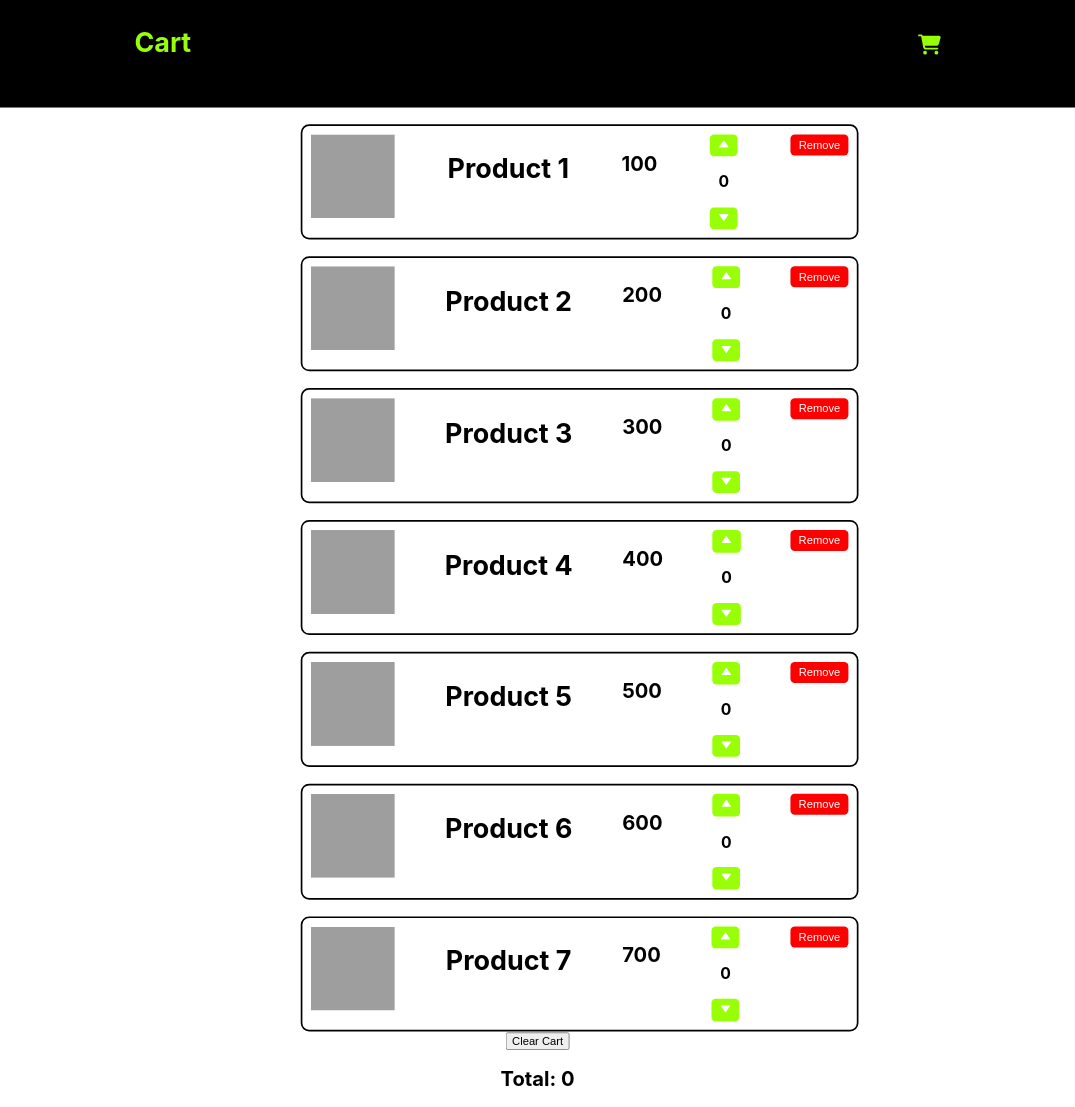
Repository: sriram1224/Cart-react-app
Page: /
These files come from the project's save history. The page is drawn as it stood at one moment and after the next save; the edit follows.
The browser window is 1280 px wide. The pictures show the whole page, at 84% of full size.
Pictures or frames that could not be fetched are drawn as grey boxes. The project was rebuilt for these pictures with package versions that can differ from the ones it lists, and the page was loaded fresh each time.

Above is the page before, as saved 2024-03-12 22:09:07.

### src/App.js
import Nav from "./Components/Nav.js"
import './App.css';
import Cart from './Components/cart.js';
function App() {
  return (
    <div className="App">

      <Cart />
    </div>
  );
}

export default App;

### src/Components/Nav.js
import { FontAwesomeIcon } from '@fortawesome/react-fontawesome';
import { faShoppingCart } from '@fortawesome/free-solid-svg-icons';
import './Navbar.css';

function Navbar({ cartItems }) {
      console.log(cartItems);
    return (

      <div className="nav-container">
      <div className="cart">
          <div className="heading">
              <h1>
              Cart
              </h1>
          </div>
      <h1>
        <div className="cart-icon-container">
          <FontAwesomeIcon icon={faShoppingCart} className="cart-icon" />
          {cartItems > 0 && (
            <span className="cart-count">{cartItems}</span>
          )}
        </div>

      </h1>
    </div>
      </div>
  );
}

export default Navbar;

### src/Components/cart.js
import React, { useState, useEffect } from "react";
import { BiSolidUpArrow, BiSolidDownArrow } from "react-icons/bi";
import Nav from './Nav'
import './cart.css'

function Cart() {
    const [products, setProducts] = useState([
        { id: "1", name: "Product 1", price: 100, quantity: 0, image: "https://images.unsplash.com/photo-1564466809058-bf4114d55352?w=500&auto=format&fit=crop&q=60&ixlib=rb-4.0.3&ixid=M3wxMjA3fDB8MHxzZWFyY2h8MjN8fHByb2R1Y3R8ZW58MHx8MHx8fDA%3D" },
        { id: "2", name: "Product 2", price: 200, quantity: 0, image: "https://images.unsplash.com/photo-1560343090-f0409e92791a?w=500&auto=format&fit=crop&q=60&ixlib=rb-4.0.3&ixid=M3wxMjA3fDB8MHxzZWFyY2h8N3x8cHJvZHVjdHxlbnwwfHwwfHx8MA%3D%3D" },
        { id: "3", name: "Product 3", price: 300, quantity: 0, image: "https://images.unsplash.com/photo-1560343090-f0409e92791a?w=500&auto=format&fit=crop&q=60&ixlib=rb-4.0.3&ixid=M3wxMjA3fDB8MHxzZWFyY2h8N3x8cHJvZHVjdHxlbnwwfHwwfHx8MA%3D%3D" },
        { id: "4", name: "Product 4", price: 400, quantity: 0, image: "https://images.unsplash.com/photo-1542291026-7eec264c27ff?w=500&auto=format&fit=crop&q=60&ixlib=rb-4.0.3&ixid=M3wxMjA3fDB8MHxzZWFyY2h8MTF8fHByb2R1Y3R8ZW58MHx8MHx8fDA%3D" },
        { id: "5", name: "Product 5", price: 500, quantity: 0, image: "https://images.unsplash.com/photo-1553456558-aff63285bdd1?w=500&auto=format&fit=crop&q=60&ixlib=rb-4.0.3&ixid=M3wxMjA3fDB8MHxzZWFyY2h8MTJ8fHByb2R1Y3R8ZW58MHx8MHx8fDA%3D" },
        { id: "6", name: "Product 6", price: 600, quantity: 0, image: "https://images.unsplash.com/photo-1553456558-aff63285bdd1?w=500&auto=format&fit=crop&q=60&ixlib=rb-4.0.3&ixid=M3wxMjA3fDB8MHxzZWFyY2h8MTJ8fHByb2R1Y3R8ZW58MHx8MHx8fDA%3D" },
        { id: "7", name: "Product 7", price: 700, quantity: 0, image: "https://images.unsplash.com/photo-1583394838336-acd977736f90?w=500&auto=format&fit=crop&q=60&ixlib=rb-4.0.3&ixid=M3wxMjA3fDB8MHxzZWFyY2h8MTl8fHByb2R1Y3R8ZW58MHx8MHx8fDA%3D" }
    ]);

    const [total, setTotal] = useState(0);
    const [cartItems, setCartItems] = useState(0);

    useEffect(() => {
        let newCartItems = 0;
        products.forEach(product => {
            newCartItems += product.quantity;
        });
        setCartItems(newCartItems);
    }, [products]);

    const increaseQuantity = (index) => {
        const updatedProducts = [...products];
        updatedProducts[index].quantity++;
        setProducts(updatedProducts);
        updateTotal();
    };

    const decreaseQuantity = (index) => {
        const updatedProducts = [...products];
        if (updatedProducts[index].quantity > 0) {
            updatedProducts[index].quantity--;
            setProducts(updatedProducts);
            updateTotal();
        }
    };

    const updateTotal = () => {
        let newTotal = 0;
        products.forEach((product) => {
            newTotal += product.quantity * product.price;
        });
        setTotal(newTotal);
    };

    const clearCart = () => {
        setProducts([]);
        setTotal(0);
        setCartItems(0);
    };

    const removeFromCart = (index) => {
        const updatedProducts = [...products];
        updatedProducts.splice(index, 1);
        setProducts(updatedProducts);
        updateTotal();
    };

    return (
        <div>
            <Nav cartItems={cartItems} />
            <div className="">
                {products.map((product, index) => {
                    return (
                        <div className="product-container" key={index}>
                            <img src={product.image} alt={product.name} />
                            <h1>{product.name}</h1>
                            <h2>{product.price}</h2>
                            <div className="button-quantity">
                                <button onClick={() => increaseQuantity(index)}>
                                    <BiSolidUpArrow />
                                </button>
                                <h3>{product.quantity}</h3>
                                <button onClick={() => decreaseQuantity(index)}>
                                    <BiSolidDownArrow />
                                </button>
                            </div>
                            <div className="rm-button">
                            <button onClick={() => removeFromCart(index)}>Remove</button>
                        </div></div>
                    );
                })}
                <button onClick={clearCart}>Clear Cart</button>
                <h2>Total: {total}</h2>
            </div>
        </div>
    );
}

export default Cart;

### src/Components/Navbar.css
.cart-icon-container {
    position: relative;
    display: inline-block;
}

.cart-icon {
    font-size: 1.5rem;
    color: rgb(152, 255, 7);

}

.cart-count {
    position: absolute;
    top: -10px;

    right: -10px;
    /* Adjust the horizontal positioning */
    background-color: red;
    color: white;
    border-radius: 50%;
    padding: 2px 6px;
    font-size: 0.8rem;
    /* Adjust the font size as needed */
}

.cart{
    display: flex;
    justify-content: space-between;
    margin: 0 10rem;
    align-items: center;
    padding-top: 10px;

}

.heading{
text-align: center;
color: rgb(152, 255, 7);
}

.nav-container{
    width: 100%;
    height: 8rem;
    background-color:rgb(0, 0, 0)
}

### src/Components/cart.css
.product-container{
    display: flex;
    gap: 20px;
    justify-content: space-between;
    width: 50%;
    position: relative;
    left: 28%;
    text-align: center;
    margin-top: 20px;
    border: 2px solid black;
    padding: 10px;
    border-radius: 10px;
}

.product-container img{
    width: 100px;
    height: 100px;
}
.rm-button button{
    background-color: red;
    color: white;
    border: none;
    padding: 5px 10px;
    border-radius: 5px;
    cursor: pointer;
}

.button-quantity button{
    background-color: rgb(152, 255, 7);
    color: white;
    border: none;
    padding: 5px 10px;
    border-radius: 5px;
    cursor: pointer;
}

Loaded but not shown: public/index.html (common file); src/index.js (common file); src/index.css (common file); src/reportWebVitals.js (common file); src/App.css (common file)

After the next save:
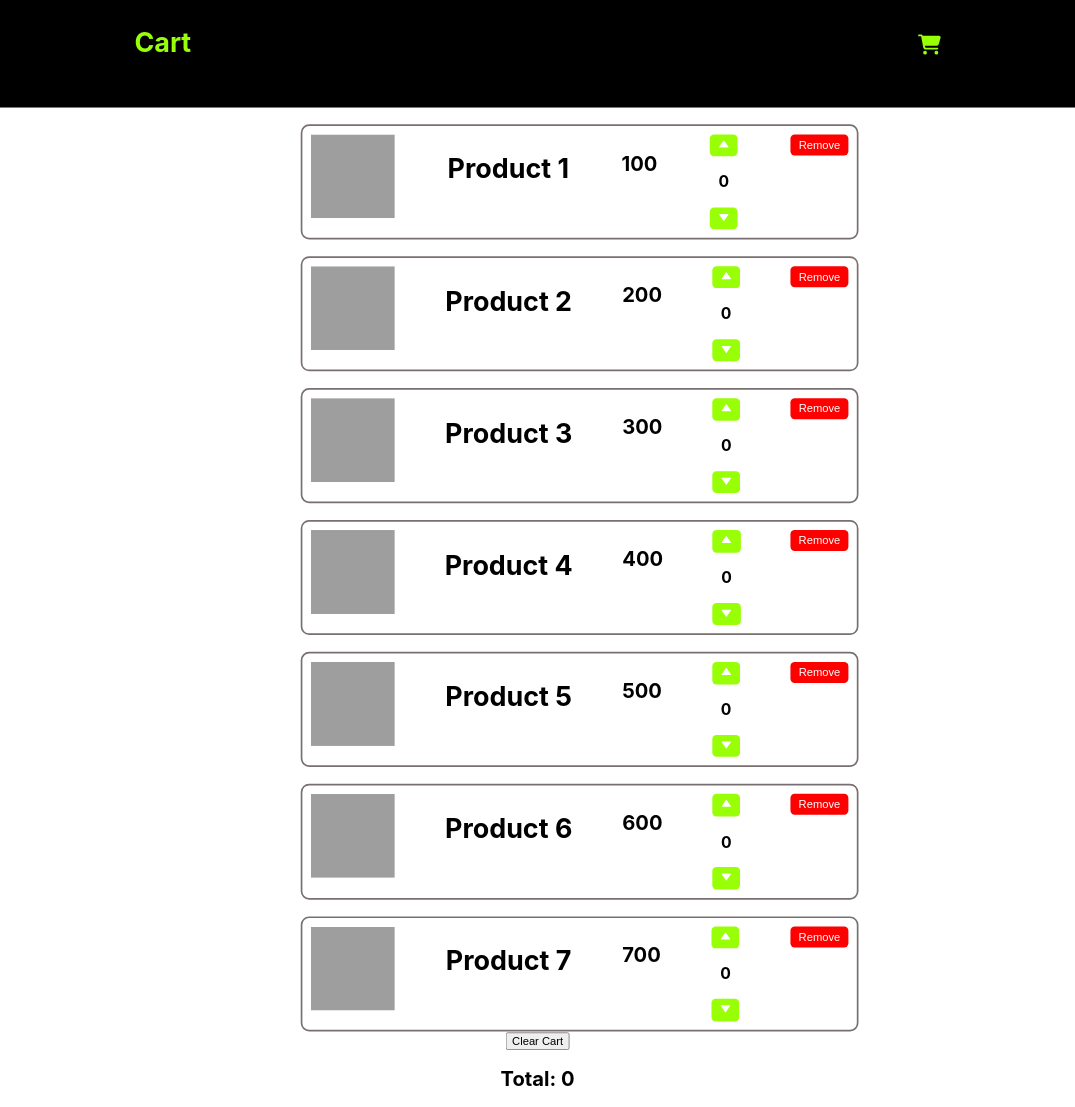
Saved 14 s later.
--- a/src/Components/cart.css
+++ b/src/Components/cart.css
@@ -7,7 +7,7 @@
     left: 28%;
     text-align: center;
     margin-top: 20px;
-    border: 2px solid black;
+    border: 2px solid rgb(120, 112, 112);
     padding: 10px;
     border-radius: 10px;
 }
